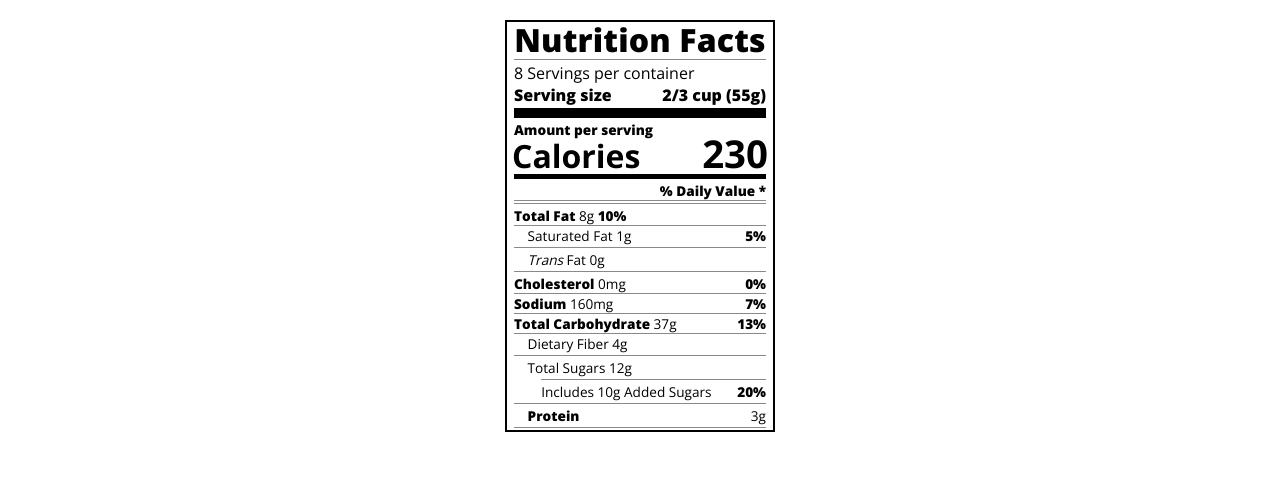
Repository: Lungdjos/typography
Page: index.html
The author's editor kept a copy of each file at every save. The page is drawn from the files as they stood at one save, then again after the next save.
The browser window is 1280 px wide. The pictures show the whole page.

Above is the page before, as saved 2023-10-28 02:51:42.

### index.html
<!DOCTYPE html>
<html lang="en">

<head>
    <meta charset="UTF-8">
    <meta name="viewport" content="width=device-width, initial-scale=1.0">
    <title>Nutrition Label</title>
    <link rel="stylesheet" href="styles.css">
    <link rel="stylesheet" href="https://fonts.googleapis.com/css?family=Open+Sans:400,700,800">
</head>

<body>
    <div class="label">
        <header>
            <h1 class="bold">Nutrition Facts</h1>
            <div class="divider"></div>
            <p>8 Servings per container</p>
            <p class="bold">Serving size <span>2/3 cup (55g)</span></p>
        </header>
        <div class="divider large"></div>
        <div class="calories-info">
            <div class="left-container">
                <h2 class="bold small-text">Amount per serving</h2>
                <p>Calories</p>
            </div>
            <span>230</span>
        </div>
        <div class="divider medium"></div>
        <div class="daily-value small-text">
            <p class="bold right">% Daily Value *</p>
            <div class="divider"></div>
            <p><span><span class="bold">Total Fat</span> 8g <span class="bold">10%</span></span>
            </p>
            <p class="indent no-divider">Saturated Fat 1g <span class="bold">5%</span></p>
            <div class="divider"></div>
            <p class="indent no-divider"><span><i>Trans</i> Fat 0g</span></p>
            <div class="divider"></div>
            <p><span><span class="bold">Cholesterol </span> 0mg</span> <span class="bold">0%</span></p>
            <p><span><span class="bold">Sodium</span> 160mg</span> <span class="bold">7%</span></p>
            <p><span><span class="bold">Total Carbohydrate</span> 37g</span> <span class="bold">13%</span></p>
            <p class="indent no-divider">Dietary Fiber 4g</p>
            <div class="divider"></div>
            <p class="indent no-divider">Total Sugars 12g</p>
            <div class="divider double-indent"></div>
            <p class="double-indent no-divider">Includes 10g Added Sugars <span class="bold">20%</span></p>
            <div class="divider"></div>
            <p class="indent no-divider"><span class="bold">Protein</span> 3g</p>
            <div class="divider larger"></div>
        </div>
    </div>

</body>

</html>

### styles.css
body {
    font-family: "Open Sans", sans-serif;
}

html {
    font-size: 16px;
}

.label {
    border: 2px solid black;
    width: 270px;
    margin: 20px auto;
    padding: 0 7px;
}

* {
    box-sizing: border-box;
}

header h1 {
    text-align: center;
    margin: -4px 0;
    letter-spacing: .15PX;
}

p {
    margin: 0;
    display: flex;
    justify-content: space-between;
}

.divider {
    border-bottom: 1px solid #888989;
    margin: 2px 0;
}

.bold {
    font-weight: 800;
}

.large {
    height: 10px;
}

.large,
.medium {
    background-color: black;
    border: 0;
}

.small-text {
    font-size: .85rem;
}

.calories-info h2 {
    margin: 0;
}

.calories-info {
    display: flex;
    justify-content: space-between;
    align-items: flex-end;
}

.left-container p {
    margin: -5px -2px;
    font-size: 2em;
    font-weight: 700;
}

.calories-info span {
    font-size: 2.4em;
    font-weight: 700;
    margin: -7px -2px;
}

.medium {
    height: 5px;
}

.right {
    justify-content: flex-end;
}

.indent {
    margin-left: 1em;
}

.daily-value p:not(.no-divider) {
    border-bottom: 1px solid #888989;
}

.double-indent {
    margin-left: 2em;
}

After the next save:
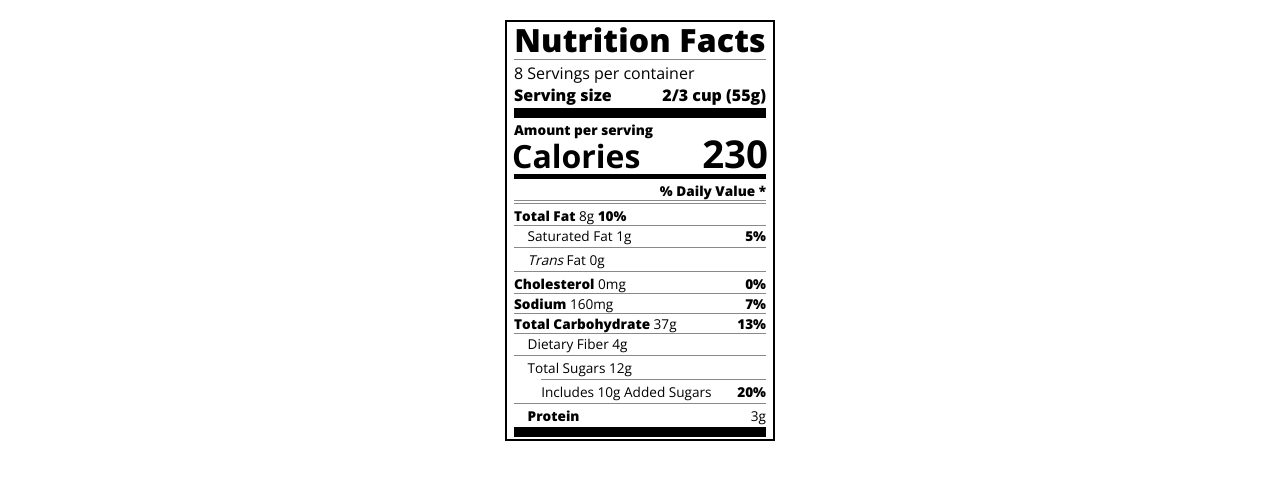
Saved 34 s later.
--- a/index.html
+++ b/index.html
@@ -45,7 +45,7 @@
             <p class="double-indent no-divider">Includes 10g Added Sugars <span class="bold">20%</span></p>
             <div class="divider"></div>
             <p class="indent no-divider"><span class="bold">Protein</span> 3g</p>
-            <div class="divider larger"></div>
+            <div class="divider large"></div>
         </div>
     </div>
 
